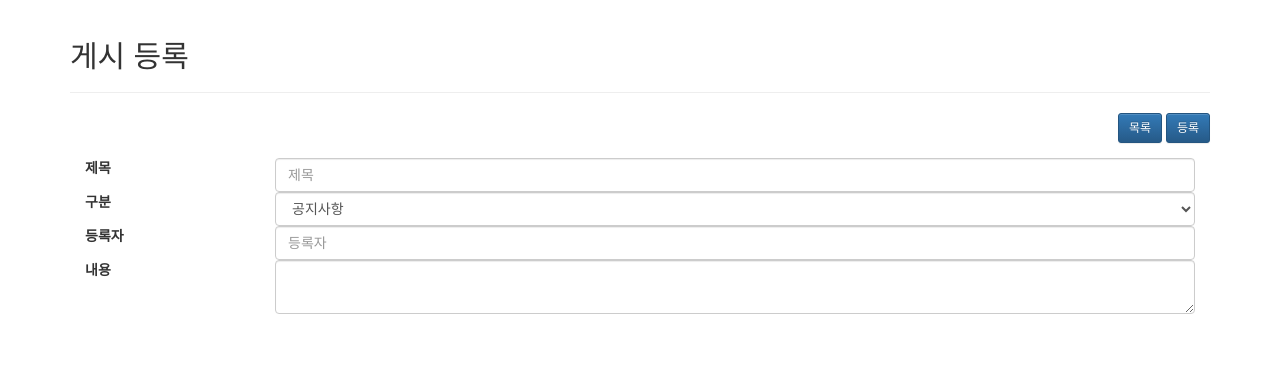
Repository: kimjoohye/study_WEB
Page: workspace/studyhtml5/WebContent/bootstrap/boot_reg.html
These files come from the project's save history. The page is drawn as it stood at one moment and after the next save; the edit follows.
The browser window is 1280 px wide. The pictures show the whole page.

Above is the page before, as saved 2022-05-03 07:43:50.

### workspace/studyhtml5/WebContent/bootstrap/boot_reg.html
<!DOCTYPE html>
<html>
<head>
<meta name="viewport" content="width=device-width,initial-scale=1.0">
<meta charset="UTF-8">
<!-- bootstrap CDN -->
<!-- 합쳐지고 최소화된 최신 CSS -->
<link rel="stylesheet" href="https://maxcdn.bootstrapcdn.com/bootstrap/3.3.2/css/bootstrap.min.css">
<!-- 부가적인 테마 -->
<link rel="stylesheet" href="https://maxcdn.bootstrapcdn.com/bootstrap/3.3.2/css/bootstrap-theme.min.css">

<!-- jquery lib : bootstrap.min.js보다 항상 먼저 와야 한다.-->
<script
  src="https://code.jquery.com/jquery-1.12.4.js"
  integrity="sha256-Qw82+bXyGq6MydymqBxNPYTaUXXq7c8v3CwiYwLLNXU="
  crossorigin="anonymous"></script>

<!-- 합쳐지고 최소화된 최신 자바스크립트 -->
<script src="https://maxcdn.bootstrapcdn.com/bootstrap/3.3.2/js/bootstrap.min.js"></script>

<!--스타일 시트 -->
<style type="text/css">

</style>

<title>Insert title here</title>
<!--자바스크립트 코드 -->
<script type="text/javascript"></script>
</head>
<body>
   <!-- div container -->
   <div class="container">
    <!-- 제목 -->
    <div class="page-header">
        <h2>게시 등록</h2>
    </div>
    <!--// 제목------------------------->

   <!-- 버튼 -->
    <div class="row text-right">
        <label class="col-sm-3 col-md-2 col-lg-2"></label>
        <div class="col-sm-9 col-md-10 col-lg-10">
            <input type="button" class="btn btn-primary btn-sm" value="목록" />
            <input type="button" class="btn btn-primary btn-sm" value="등록" />
        </div>
    </div>
   <!--// 버튼--------------------------->

   <!-- form -->
    <form action="" class="">
     <div class="form-group">
        <label class="col-sm-3 col-md-2 col-lg-2 control-label">제목</label>
        <div class="col-sm-9 col-md-10 col-lg-10">
            <input type="text" maxlength="100" name="title" id="title" placeholder="제목" class="form-control">
        </div>
     </div>

     <div class="form-group">
        <label for="title" class="col-sm-3 col-md-3 col-lg-2 control-label">구분</label>
        <div class="col-sm-9 col-md-10 col-lg-10">
         <select name="div" id="div" class="form-control">
            <option value="10">공지사항</option>
            <option value="20">자유게시판</option>
         </select>
        </div>

        <div class="form-group">
	        <label for="regId" class="col-sm-3 col-md-2 col-lg-2 control-label">등록자</label>
	        <div class="col-sm-9 col-md-10 col-lg-10">
	            <input type="text" maxlength="100" name="regId" id="regId" placeholder="등록자" class="form-control">
	        </div>
        </div>

     <!-- 내용 -->
        <div class="form-group">
            <label for="regId" class="col-sm-3 col-md-2 col-lg-2 control-label">내용</label>
            <div class="col-sm-9 col-md-10 col-lg-10">
                <textarea row="5" cols="20" name="contents" id="contents" class="form-control"></textarea>
            </div>
        </div>
     <!--// 내용------------------------>
     </div>
    </form>
   <!--// form------------------------->
   </div>
   <!--// div container----------------->
</body>
</html>

After the next save:
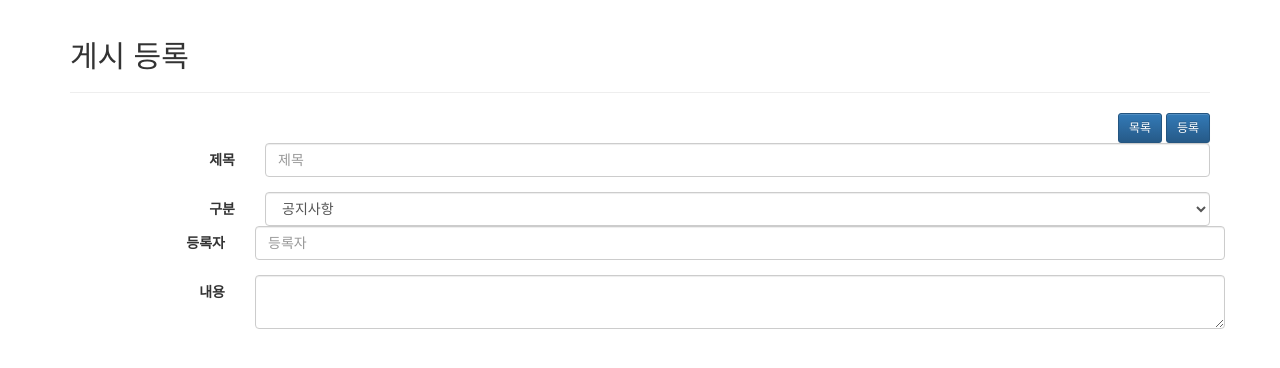
Saved 99 s later.
--- a/workspace/studyhtml5/WebContent/bootstrap/boot_reg.html
+++ b/workspace/studyhtml5/WebContent/bootstrap/boot_reg.html
@@ -47,7 +47,7 @@
    <!--// 버튼--------------------------->
 
    <!-- form -->
-    <form action="" class="">
+    <form action="" class="form-horizontal">
      <div class="form-group">
         <label class="col-sm-3 col-md-2 col-lg-2 control-label">제목</label>
         <div class="col-sm-9 col-md-10 col-lg-10">
